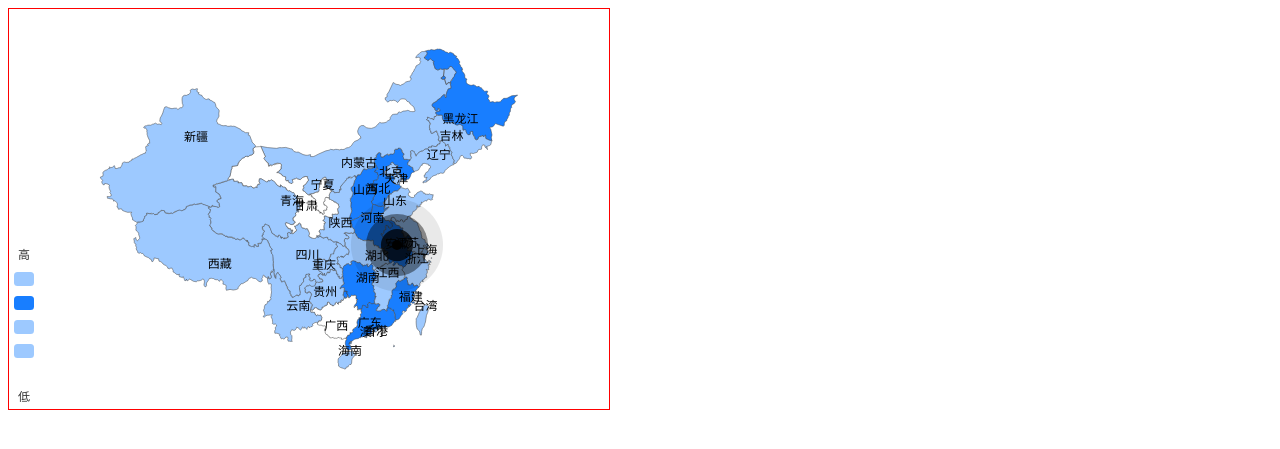
Repository: 572031690/echartssimple
Page: 21.地图常见效果_地图和散点图结合.html
These files come from the project's save history. The page is drawn as it stood at one moment and after the next save; the edit follows.
The browser window is 1280 px wide. The pictures show the whole page.

Above is the page before, as saved 2021-08-11 11:33:29.

After the next save:
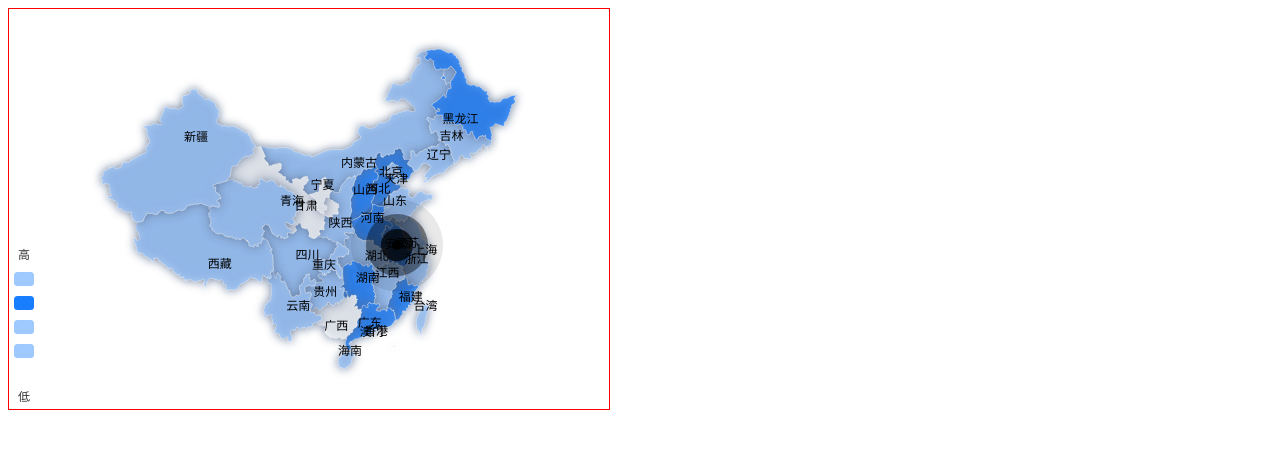
Saved 2 min 5 s later.
--- a/21.地图常见效果_地图和散点图结合.html
+++ b/21.地图常见效果_地图和散点图结合.html
@@ -73,7 +73,20 @@
           roam: true, // 设置允许缩放以及拖动的效果
           label: {
             show: true // 展示标签
-          }
+          },
+          itemStyle: {
+                        normal: {
+                            areaColor: '#416cbb',//地图区域的颜色。
+                            borderColor: '#fff',//图形的描边颜色。支持的颜色格式同 color，不支持回调函数。
+                            shadowColor: '#41587f',//阴影颜色。
+                            shadowBlur: 10,//图形阴影的模糊大小。
+                            opacity: 0.75//图形透明度
+
+                        },
+                        emphasis: {
+                            areaColor: '#fdd145'
+                        }
+                    }
         },
         series: [
           {
